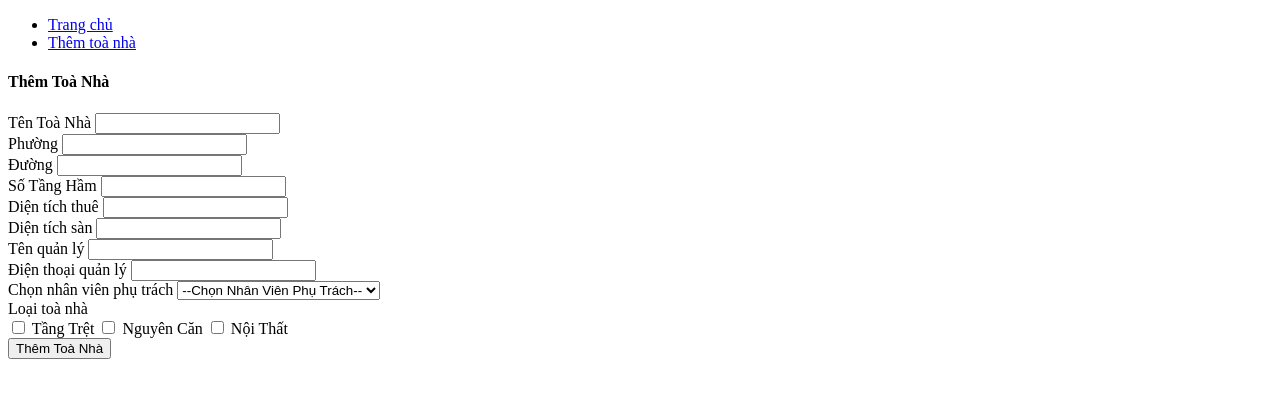
Repository: LeQuangBao0126/jspservlet122019_bao
Page: http://localhost/jspservletHUHUHU/views/admin/building/abcinsert.jsp
An editor plug-in stored every save of this project. The page is shown before and after the next save, followed by the edit.
The browser window is 1280 px wide. The pictures show the whole page.
The page is served by Tomcat 9. Nobody is signed in. The application's start-up code is not run.

Above is the page before, as saved 2020-03-19 04:15:54.

After the next save:
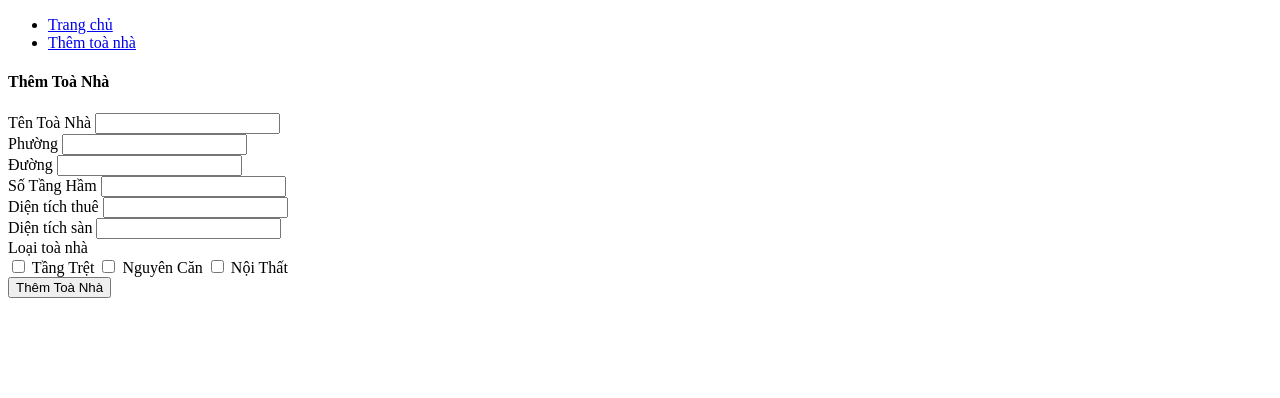
Saved 85 s later.
--- a/jspservletHUHUHU/src/main/webapp/views/admin/building/abcinsert.jsp
+++ b/jspservletHUHUHU/src/main/webapp/views/admin/building/abcinsert.jsp
@@ -42,46 +42,26 @@
                                                         <input type="text" id="name" name="name" class="form-control" />
                                                     </div>
                                                 </div>
-
-
                                                 <div class="col-sm-4">
                                                     <label for="">Phường</label>
-                                                    <input type="text" id="ward" class="form-control" />
+                                                    <input type="text" id="ward" name="ward" class="form-control" />
                                                 </div>
                                                 <div class="col-sm-4">
                                                     <label for="">Đường</label>
-                                                    <input type="text" name="street" class="form-control" />
+                                                    <input type="text" name="street" name="street" class="form-control" />
                                                 </div>
                                                 <div class="col-sm-4">
                                                     <label for="">Số Tầng Hầm</label>
-                                                    <input type="number" id="numberOfBasement" class="form-control" />
+                                                    <input type="number" id="numberOfBasement" name="numberOfBasement" class="form-control" />
                                                 </div>
 
                                                 <div class="col-sm-3">
                                                     <label for="">Diện tích thuê</label>
-                                                    <input type="text" id="rentAreas" class="form-control" />
+                                                    <input type="text" id="rentAreas" name="rentAreas" class="form-control" />
                                                 </div>
                                                   <div class="col-sm-3">
                                                     <label for="">Diện tích sàn</label>
-                                                    <input type="number" id="floorarea" class="form-control" />
-                                                </div>
-
-                                                <div class="col-sm-4">
-                                                    <label for="">Tên quản lý</label>
-                                                    <input type="text" id="managerName" class="form-control" />
-                                                </div>
-                                                <div class="col-sm-4">
-                                                    <label for="">Điện thoại quản lý</label>
-                                                    <input type="text" id="managerPhone" class="form-control" />
-                                                </div>
-                                                <div class="col-sm-3">
-                                                    <label for="">Chọn nhân viên phụ trách</label>
-                                                    <select class="form-control" id="form-field-select-1">
-													<option value="-1">--Chọn Nhân Viên Phụ Trách--</option>
-													<option value="a">aa</option>
-													<option value="b">bb</option>
-													<option value="c">cc</option>
-													</select>
+                                                    <input type="number" id="floorarea" name="floorarea" class="form-control" />
                                                 </div>
                                                 <div class="col-sm-12">
                                                     <div class="control-group">
